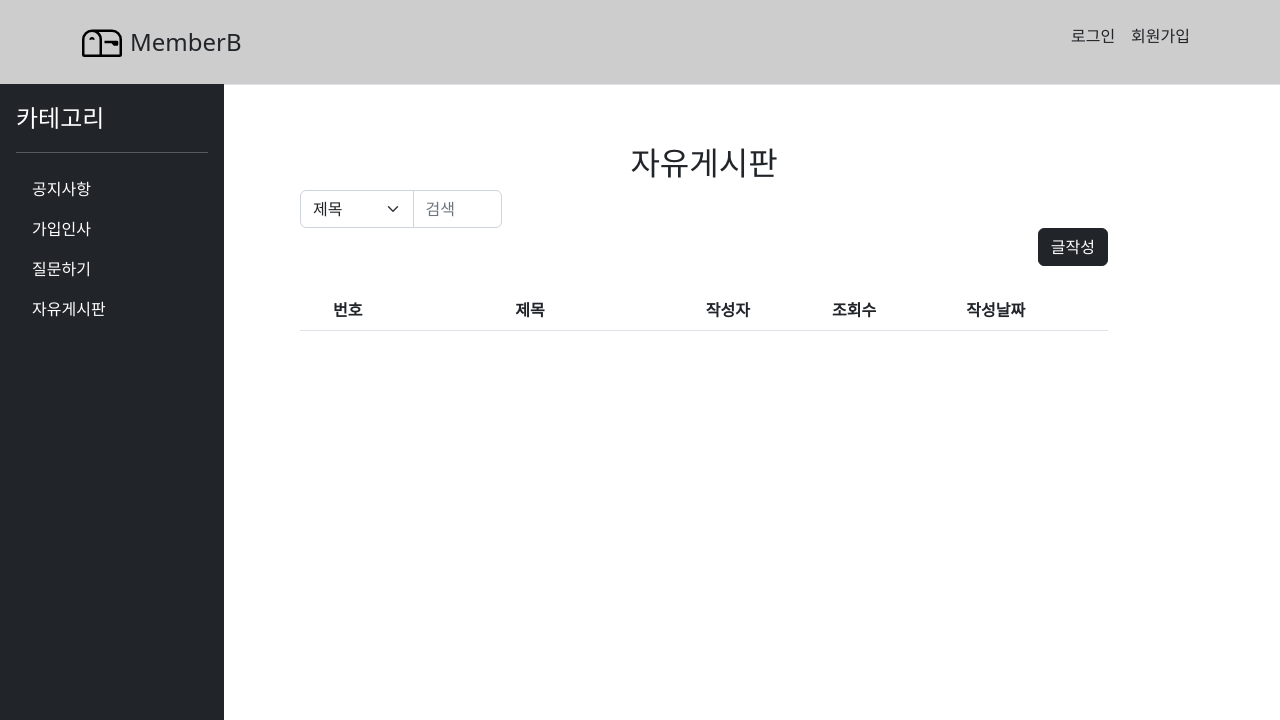
Repository: charmErin/board_220915
Page: http://localhost/board/WEB-INF/views/board/list.jsp
The author's editor kept a copy of each file at every save. The page is drawn from the files as they stood at one save, then again after the next save.
The browser window is 1280 px wide. The pictures show the whole page.
The page is served by Tomcat 9. Nobody is signed in. Other server files are loaded and not shown. The template is opened directly, without the code that normally fills it, so the values that code supplies are empty.

Above is the page before, as saved 2022-09-16 08:46:25.

### board/src/main/webapp/WEB-INF/views/board/list.jsp
<%@ page language="java" contentType="text/html; charset=UTF-8"
    pageEncoding="UTF-8"%>
<%@ taglib uri="http://java.sun.com/jsp/jstl/core" prefix="c" %>
<%@ taglib prefix="fmt" uri="http://java.sun.com/jsp/jstl/fmt" %>
<!DOCTYPE html>
<html>
<head>
<meta charset="UTF-8">
<title>Insert title here</title>
<style>
	.body-content {
		margin-top: 9rem;
		margin-left: 15rem;
		padding-left: 3rem;
		padding-right: 10rem;
	}

	h2 {
		text-align: center;
	}

	a {
		text-decoration: none !important;
		color: #000 !important;
	}

	td a:hover {
		color: dodgerblue !important;
		cursor: pointer;
	}

	th {
		text-align: center !important;
	}

	td:not(:nth-child(2)) {
		text-align: center !important;
	}
</style>
</head>
<body>
	<%@include file ="../layout/header.jsp" %>
	<div class="body-content">
	<div class="container my-4">
		<c:choose>
			<c:when test="${category eq 1}">
				<h2>공지사항</h2>
			</c:when>
			<c:when test="${category eq 2}">
				<h2>가입인사</h2>
			</c:when>
			<c:when test="${category eq 3}">
				<h2>질문하기</h2>
			</c:when>
			<c:otherwise>
				<h2>자유게시판</h2>
			</c:otherwise>
		</c:choose>

		<form class="col-3" action="/board/search" method="get">
			<div class="input-group">
				<select class="form-select col-1" name="searchType">
					<option value="boardTitle">제목</option>
					<option value="boardWriter">작성자</option>
					<option value="boardContetns">내용</option>
				</select>
				<input class="form-control col-2" type="text" name="q" placeholder="검색" aria-label="Search">
			</div>
		</form>

		<span class="d-grid gap-2 d-md-flex justify-content-md-end mb-4">
			<button onclick="boardSave()" class="btn btn-dark">글작성</button>
		</span>



		<table class="table table-hover">
			<tr>
				<th scope="row">번호</th>
				<th scope="row" class="col-4">제목</th>
				<th scope="row">작성자</th>
				<th scope="row">조회수</th>
				<th scope="row">작성날짜</th>
				<th></th>
			</tr>
			<c:forEach var="board" items="${boardList}">
				<tr>
					<td>${board.id}</td>
					<td>
						<a href="/board/detail/${board.id}">${board.boardTitle}</a>
						<c:if test="${board.boardFileName ne null}"><img src="#" alt=""/></c:if>
					</td>
					<td>${board.boardWriter}</td>
					<td>${board.boardHits}</td>
					<td><fmt:formatDate pattern="yyyy-MM-dd" value="${board.createdTime}"></fmt:formatDate></td>
					<td></td>
				</tr>
			</c:forEach>
		</table>
	</div>





	</div>
</body>
<script>
	const boardSave = () => {
		location.href = "/board/save-form";
	}
</script>
</html>

### board/src/main/webapp/WEB-INF/views/layout/header.jsp
<%@ page language="java" contentType="text/html; charset=UTF-8"
    pageEncoding="UTF-8"%>
<%@ taglib uri="http://java.sun.com/jsp/jstl/core" prefix="c" %>
<%@ taglib prefix="fmt" uri="http://java.sun.com/jsp/jstl/fmt" %>
<!DOCTYPE html>
<html>
<head>
<meta charset="UTF-8">
<link href="https://cdn.jsdelivr.net/npm/bootstrap@5.2.1/dist/css/bootstrap.min.css" rel="stylesheet" integrity="sha384-iYQeCzEYFbKjA/T2uDLTpkwGzCiq6soy8tYaI1GyVh/UjpbCx/TYkiZhlZB6+fzT" crossorigin="anonymous">
<title>Insert title here</title>
<style>
	header {
		background: #CDCDCD;
	}

	.side-bar {
		width: 14rem;
		height: 100%;
		margin-top: 1rem;
		position: fixed;
		display: inline !important;
	}
</style>
</head>
<body>
	<header class="py-3 border-bottom header-fix fixed-top">
		<div class="container d-flex flex-wrap justify-content-center">
			<a href="/" class="d-flex align-items-center mb-3 mb-lg-0 me-lg-auto text-dark text-decoration-none">
				<img src="../../../resources/svg/mailbox.svg" width="40" height="40">
				<span class="fs-4 m-2">
					MemberB
				</span>
			</a>

			<div>
				<c:choose>
					<c:when test="${sessionScope.id == null}">
						<ul class="nav">
							<li class="nav-item">
								<a href="/member/login-form" class="nav-link link-dark px-2">로그인</a>
							</li>
							<li class="nav-item">
								<a href="/member/save-form" class="nav-link link-dark px-2">회원가입</a>
							</li>
						</ul>
					</c:when>
					<c:otherwise>
						<ul class="nav">
							<li class="nav-item">
								<a href="/member/detail/${sessionScope.id}" class="nav-link link-dark px-2">${sessionScope.memberName}</a>
							</li>
							<c:if test="${sessionScope.loginId eq 'admin'}">
								<li class="nav-item">
									<a href="/member/findAll" class="nav-link link-dark px-2">회원목록</a>
								</li>
							</c:if>
							<li class="nav-item">
								<a href="/member/logout" class="nav-link link-dark px-2">로그아웃</a>
							</li>
						</ul>
					</c:otherwise>
				</c:choose>
			</div>
		</div>
		<div class="d-flex flex-column flex-shrink-0 p-3 text-bg-dark side-bar">
			<span class="fs-4">카테고리</span>
			<hr>
			<ul class="nav nav-pills flex-column mb-auto">
				<li class="nav-item">
					<a href="/board/1" class="nav-link text-white">공지사항</a>
				</li>
				<li>
					<a href="/board/2" class="nav-link text-white">가입인사</a>
				</li>
				<li>
					<a href="/board/3" class="nav-link text-white">질문하기</a>
				</li>
				<li>
					<a href="/board/4" class="nav-link text-white">자유게시판</a>
				</li>
			</ul>
		</div>
	</header>
</body>
</html>

### board/src/main/webapp/resources/svg/mailbox.svg
<svg xmlns="http://www.w3.org/2000/svg" width="16" height="16" fill="currentColor" class="bi bi-mailbox" viewBox="0 0 16 16">
  <path d="M4 4a3 3 0 0 0-3 3v6h6V7a3 3 0 0 0-3-3zm0-1h8a4 4 0 0 1 4 4v6a1 1 0 0 1-1 1H1a1 1 0 0 1-1-1V7a4 4 0 0 1 4-4zm2.646 1A3.99 3.99 0 0 1 8 7v6h7V7a3 3 0 0 0-3-3H6.646z"/>
  <path d="M11.793 8.5H9v-1h5a.5.5 0 0 1 .5.5v1a.5.5 0 0 1-.5.5h-1a.5.5 0 0 1-.354-.146l-.853-.854zM5 7c0 .552-.448 0-1 0s-1 .552-1 0a1 1 0 0 1 2 0z"/>
</svg>

After the next save:
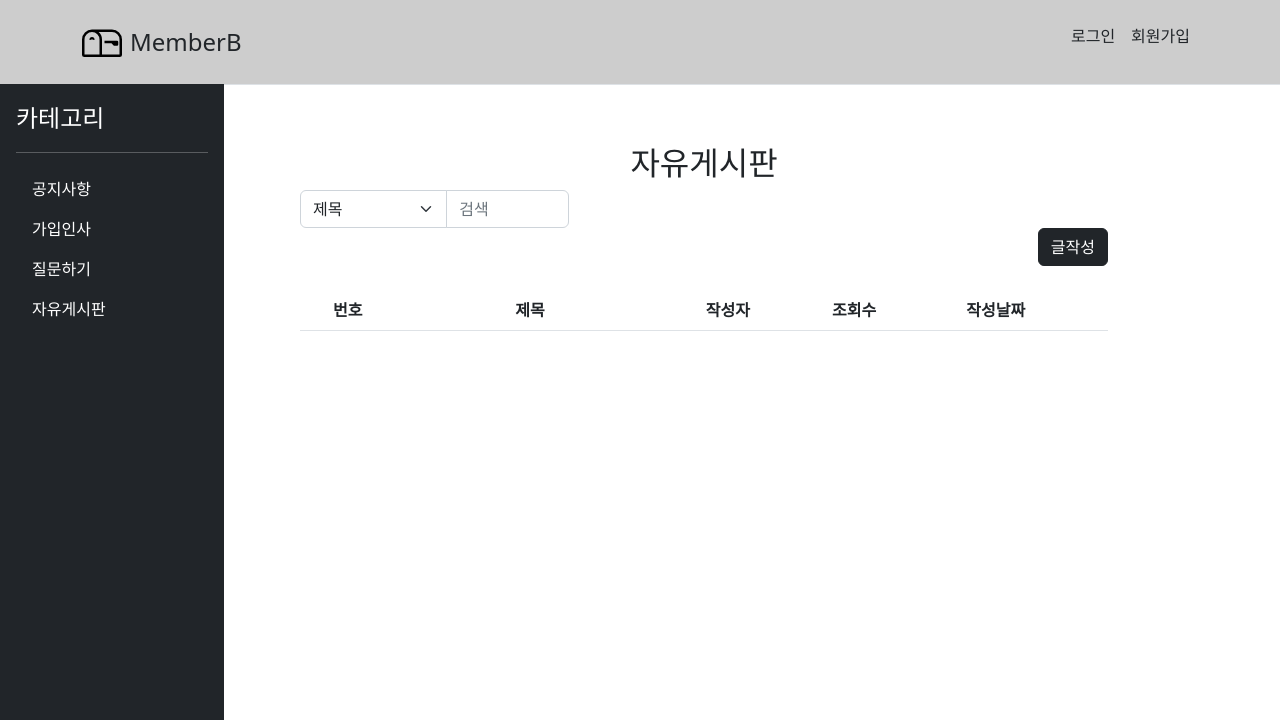
Saved 6 s later.
--- a/board/src/main/webapp/WEB-INF/views/board/list.jsp
+++ b/board/src/main/webapp/WEB-INF/views/board/list.jsp
@@ -57,7 +57,7 @@
 			</c:otherwise>
 		</c:choose>
 
-		<form class="col-3" action="/board/search" method="get">
+		<form class="col-4" action="/board/search" method="get">
 			<div class="input-group">
 				<select class="form-select col-1" name="searchType">
 					<option value="boardTitle">제목</option>
